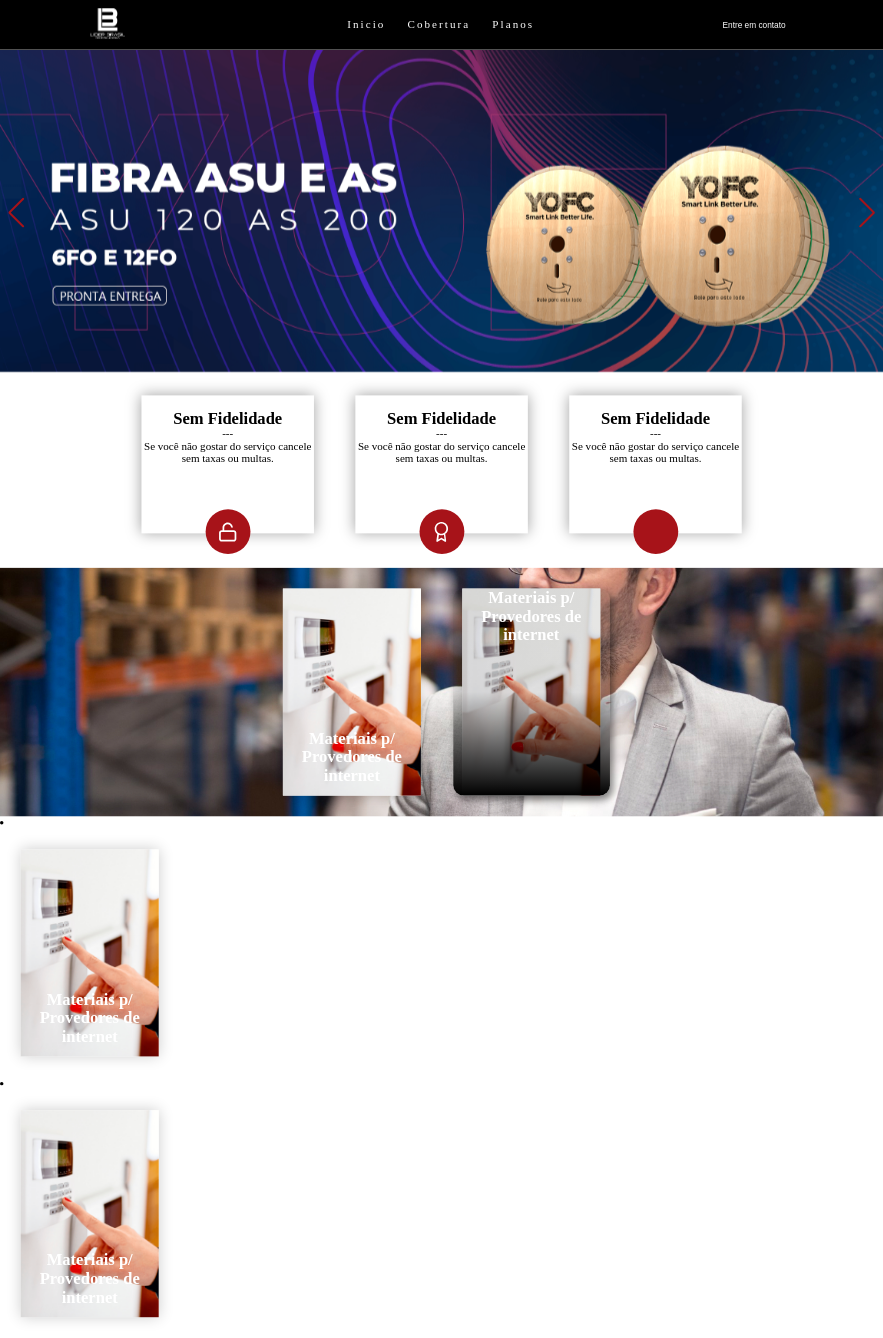
Repository: mateus-henrique-silva/Novo_institucional_lider
Page: index.html
The author's editor kept a copy of each file at every save. The page is drawn from the files as they stood at one save, then again after a run of saves.
The browser window is 1280 px wide. The pictures show the whole page, at 69% of full size.
Backgrounds fixed to the window are drawn as part of the page. Some web fonts or font styles are not loaded; a fallback is used.

Above is the page before, as saved 2022-09-06 10:19:32.
Console error: SyntaxError: Identifier 'MobileNavbar' has already been declared

After the next 3 saves:
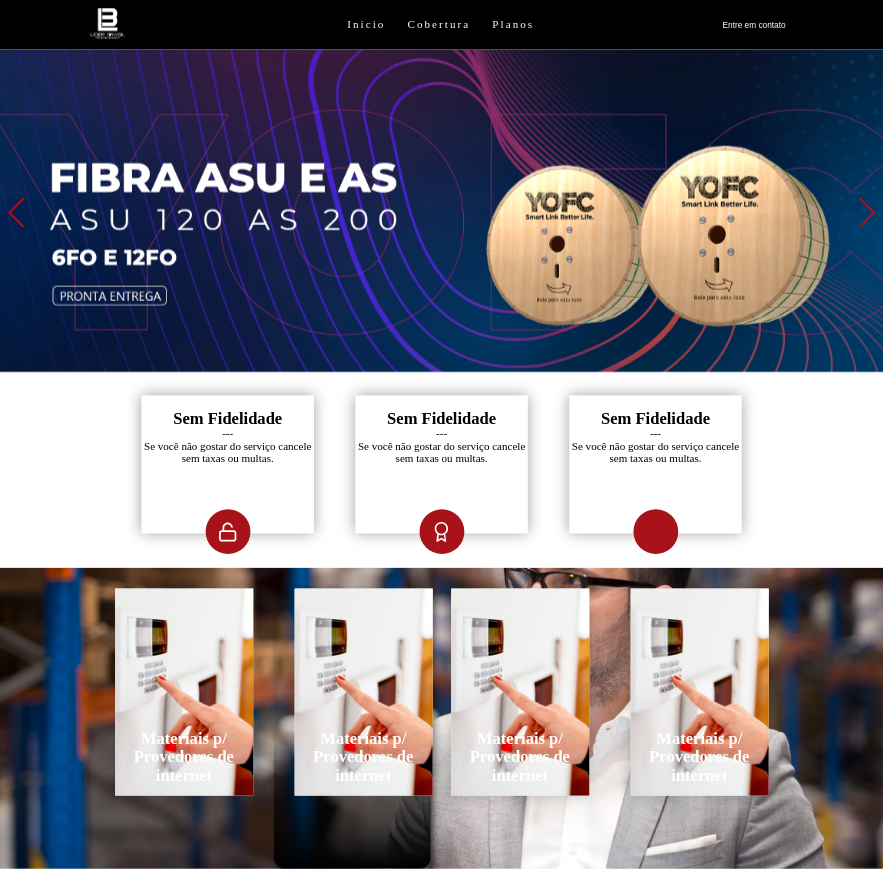
The 3 saves are shown as one change because they came seconds apart.
The last was saved 21 s later.
--- a/index.html
+++ b/index.html
@@ -187,14 +187,13 @@
             </li>
 
             <li>
-
-              <div class="products">
-                <div class="back-radient">
-                <button>text</button>
-                <div>
-                  <h2>Materiais p/ Provedores de internet</h2>
-                </div>
-              </div>
+              <div class="back-radient">
+              <div class="products">
+                <button>text</button>
+                <div>
+                  <h2>Materiais p/ Provedores de internet</h2>
+                </div>
+
               </div>
             </div>
             </li>
